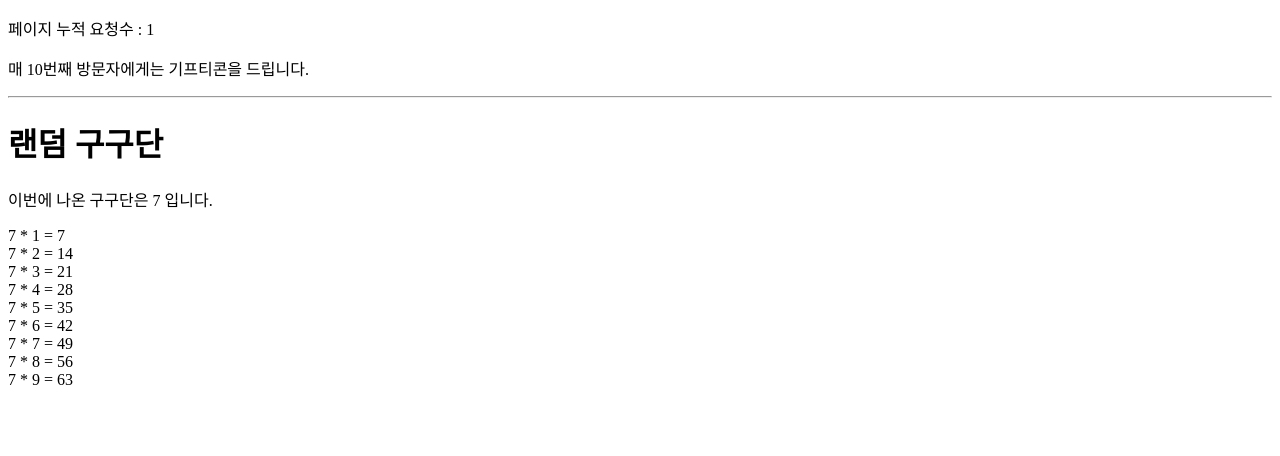
Repository: mickey530/jsp_practice
Page: http://localhost/JSPBasic/JspTag/TagQ02.jsp
The author's editor kept a copy of each file at every save. The page is drawn from the files as they stood at one save, then again after the next save.
The browser window is 1280 px wide. The pictures show the whole page.
The page is served by Tomcat 9.

Above is the page before, as saved 2022-01-28 06:55:42.

After the next save:
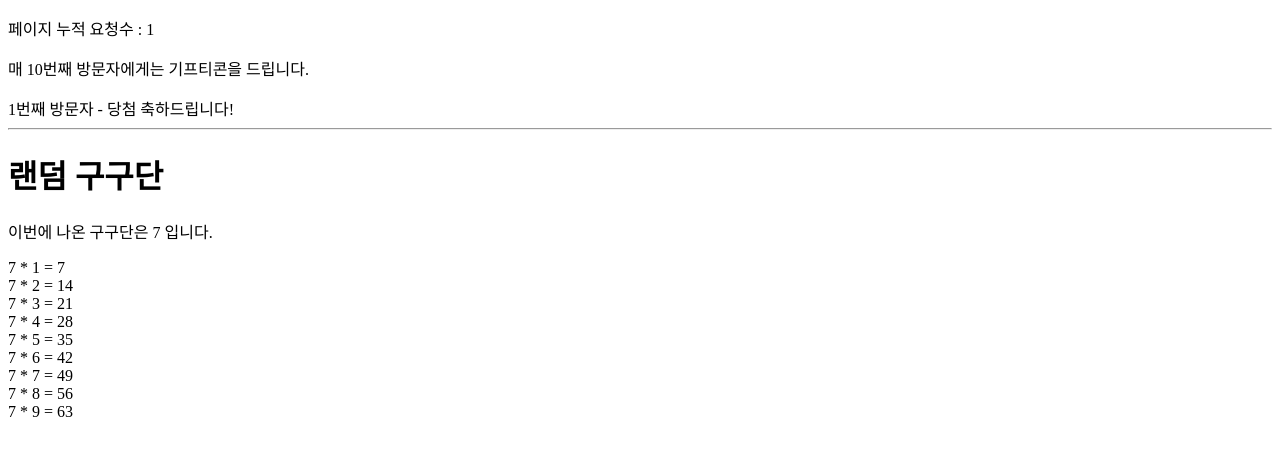
Saved 5 days later.
--- a/JSPBasic/src/main/webapp/JspTag/TagQ02.jsp
+++ b/JSPBasic/src/main/webapp/JspTag/TagQ02.jsp
@@ -8,17 +8,17 @@
 </head>
 <body>
 <%!
-public int today = 1;
+public int today = 0;
 
 int randomNum(){
 	return (int)(Math.random()*8 + 2);
 }
 
 %>
-<p>페이지 누적 요청수 : <%= today++ %> </p>
+<p>페이지 누적 요청수 : <%= ++today %> </p>
 <p>매 10번째 방문자에게는 기프티콘을 드립니다.</p>
 <% if(today % 10 == 1){
-	out.println((today - 1) + "번째 방문자 - 당첨 축하드립니다!");
+	out.println((today) + "번째 방문자 - 당첨 축하드립니다!");
 	}%>
 
 <hr/>

After the save that followed:
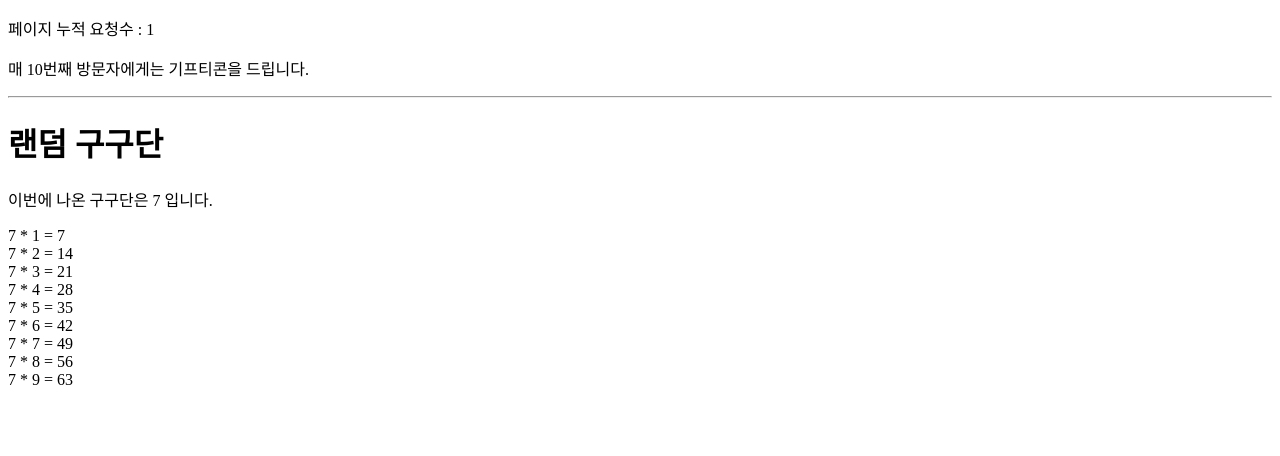
Saved 21 s later.
--- a/JSPBasic/src/main/webapp/JspTag/TagQ02.jsp
+++ b/JSPBasic/src/main/webapp/JspTag/TagQ02.jsp
@@ -17,7 +17,7 @@
 %>
 <p>페이지 누적 요청수 : <%= ++today %> </p>
 <p>매 10번째 방문자에게는 기프티콘을 드립니다.</p>
-<% if(today % 10 == 1){
+<% if(today % 10 == 0){
 	out.println((today) + "번째 방문자 - 당첨 축하드립니다!");
 	}%>
 
